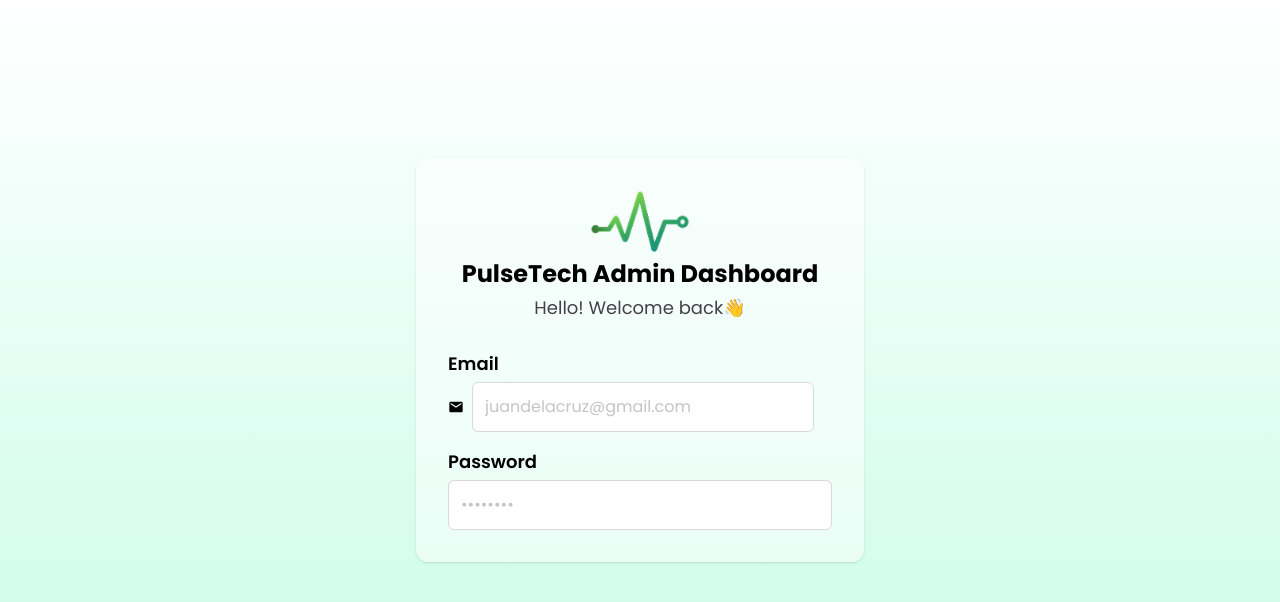
Repository: ShyrineJardin/pulse_admin
Page: /
These files come from the project's save history. The page is drawn as it stood at one moment and after the next save; the edit follows.
The browser window is 1280 px wide. The pictures show the whole page.
The project was rebuilt for these pictures with package versions that can differ from the ones it lists, and the page was loaded fresh each time.

Above is the page before, as saved 2026-03-25 11:10:37.

### src/index.css
@import url('https://fonts.googleapis.com/css2?family=Inter:ital,opsz,wght@0,14..32,100..900;1,14..32,100..900&family=Poppins:ital,wght@0,100;0,200;0,300;0,400;0,500;0,600;0,700;0,800;0,900;1,100;1,200;1,300;1,400;1,500;1,600;1,700;1,800;1,900&display=swap');

@tailwind base;
@tailwind components;
@tailwind utilities;

*{
    margin: 0;
    padding: 0;
    box-sizing: border-box;
}

body {
    font-family: poppins, sans-serif;
}

### src/App.js
import Login from "./components/Login";

function App() {
  return (
    <div className="App">
      <Login />
    </div>
  );
}

export default App;

### src/components/Login.jsx
import React from "react";
import { MdEmail } from "react-icons/md";

const Login = () => {
  return (
   <div className="flex items-center justify-center h-screen bg-gradient-to-b from-white to-[#C9FCE9]">
        <div className="w-full max-w-sm md:max-w-md p-8 space-y-6 bg-white/50 rounded-xl shadow">
            <div className="flex flex-col text-center gap-1">
                <img src="/logo.png" alt="pulse logo" className="lg:h-16 h-14 mx-auto" />
                <h2 className="font-bold text-xl lg:text-2xl">PulseTech Admin Dashboard</h2>
                <p className="text-subtext text-base lg:text-lg">Hello! Welcome back👋</p>

                <form action="">
                    <div className="flex flex-col gap-4 mt-6">
                        <div className="flex flex-col gap-1">
                            <h3 className="text-left font-semibold text-lg">Email</h3>
                            <div className="flex items-center gap-2">
                                <MdEmail className="" />
                                <input type="email" placeholder="juandelacruz@gmail.com" className="bg-#F6F6F6 p-3 placeholder:text-[#C5C5C5] border border-[#D9D9D9] rounded-md focus:outline-none focus:ring-2 focus:ring-primary" />
                            </div>
                        </div>
                        <div className="flex flex-col gap-1">
                            <h3 className="text-left font-semibold text-lg">Password</h3>
                            <input type="password" placeholder="••••••••" className="bg-#F6F6F6 p-3 placeholder:text-[#C5C5C5] border border-[#D9D9D9] rounded-md focus:outline-none focus:ring-2 focus:ring-primary" />
                        </div>
                    </div>
                </form>
            </div>

        </div>
    </div>
  );
}

export default Login;

### tailwind.config.js
/** @type {import('tailwindcss').Config} */
module.exports = {
  content: [
    "./src/**/*.{js,jsx,ts,tsx}",
  ],
  theme: {
    extend: {
        colors: {
          'subtext': '#434245',
          'primary': '#75EEA5',
        },
    }
  },
  plugins: [],
}

Loaded but not shown: public/index.html (common file); src/index.js (common file); src/reportWebVitals.js (common file)

After the next save:
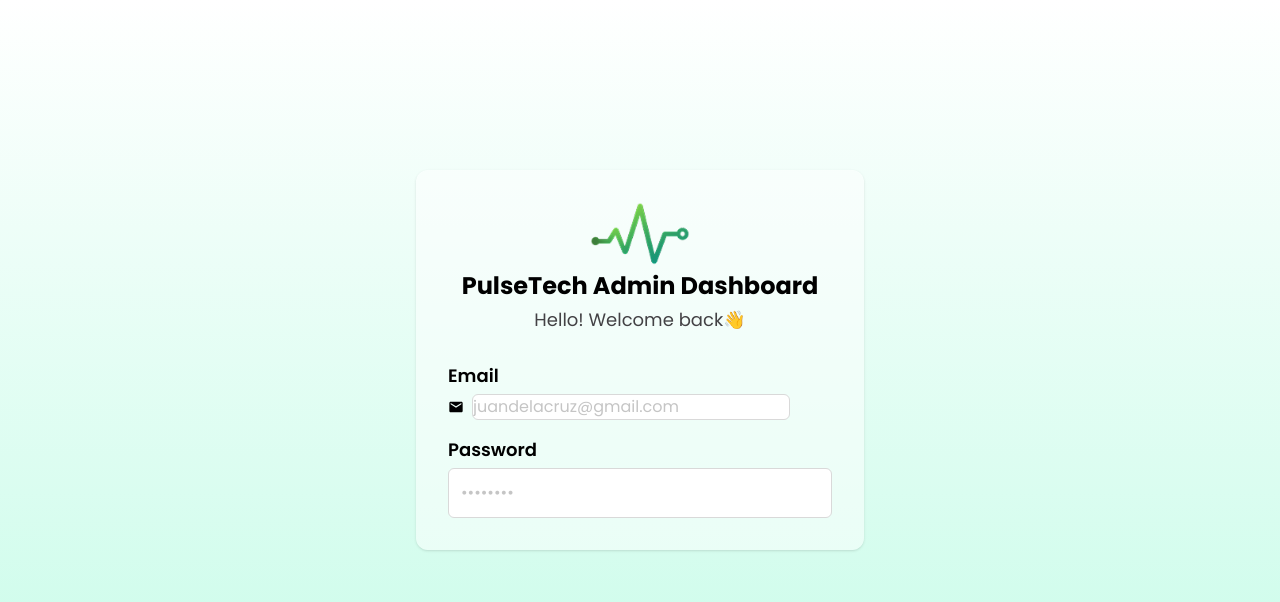
Saved 9 s later.
--- a/src/components/Login.jsx
+++ b/src/components/Login.jsx
@@ -16,7 +16,7 @@ const Login = () => {
                             <h3 className="text-left font-semibold text-lg">Email</h3>
                             <div className="flex items-center gap-2">
                                 <MdEmail className="" />
-                                <input type="email" placeholder="juandelacruz@gmail.com" className="bg-#F6F6F6 p-3 placeholder:text-[#C5C5C5] border border-[#D9D9D9] rounded-md focus:outline-none focus:ring-2 focus:ring-primary" />
+                                <input type="email" placeholder="juandelacruz@gmail.com" className=" placeholder:text-[#C5C5C5] border border-[#D9D9D9] rounded-md focus:outline-none focus:ring-2 focus:ring-primary" />
                             </div>
                         </div>
                         <div className="flex flex-col gap-1">
